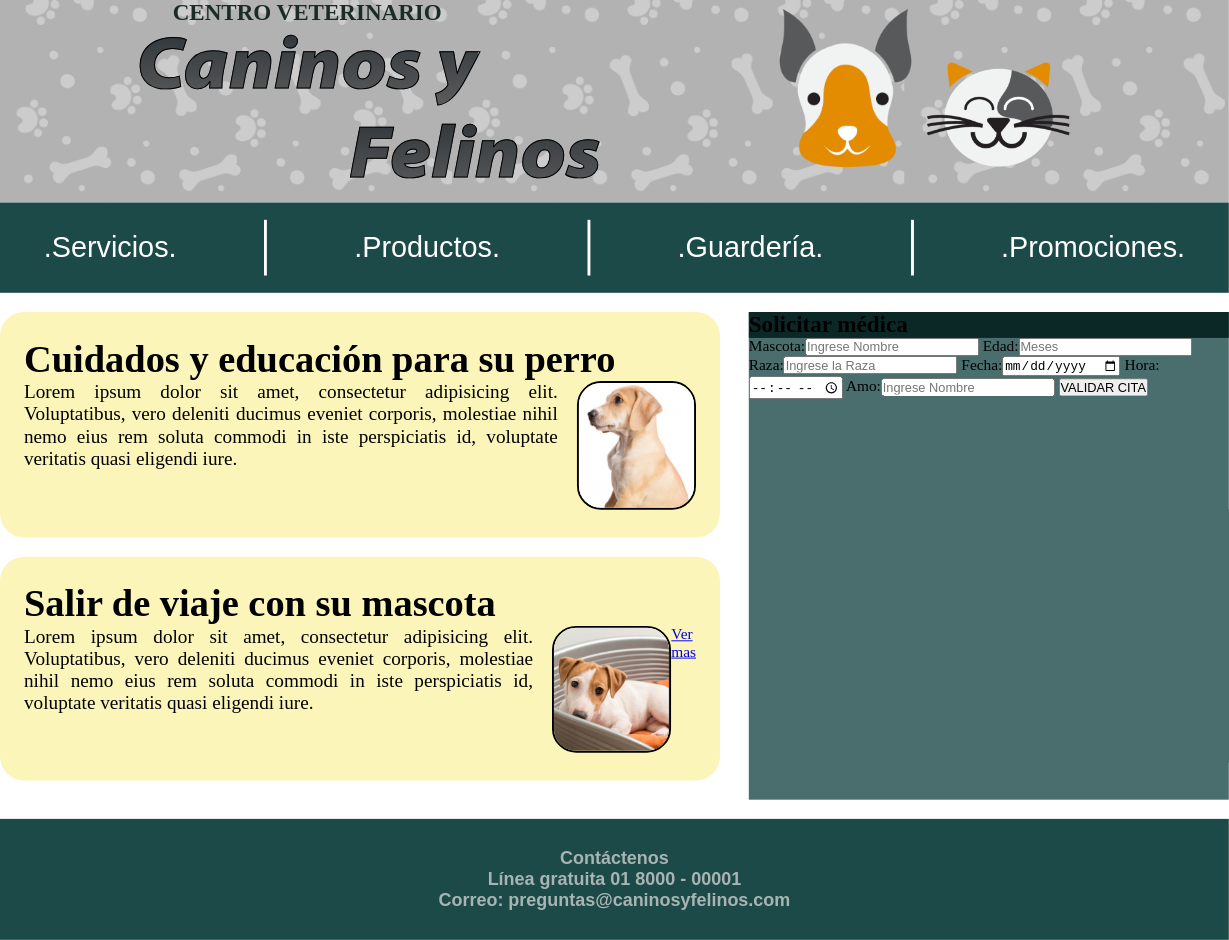
Repository: mariomr87/senaweb01
Page: principal.html
The author's editor kept a copy of each file at every save. The page is drawn from the files as they stood at one save, then again after the next save.
The browser window is 1280 px wide. The pictures show the whole page, at 96% of full size.

Above is the page before, as saved 2021-10-23 10:38:22.

After the next save:
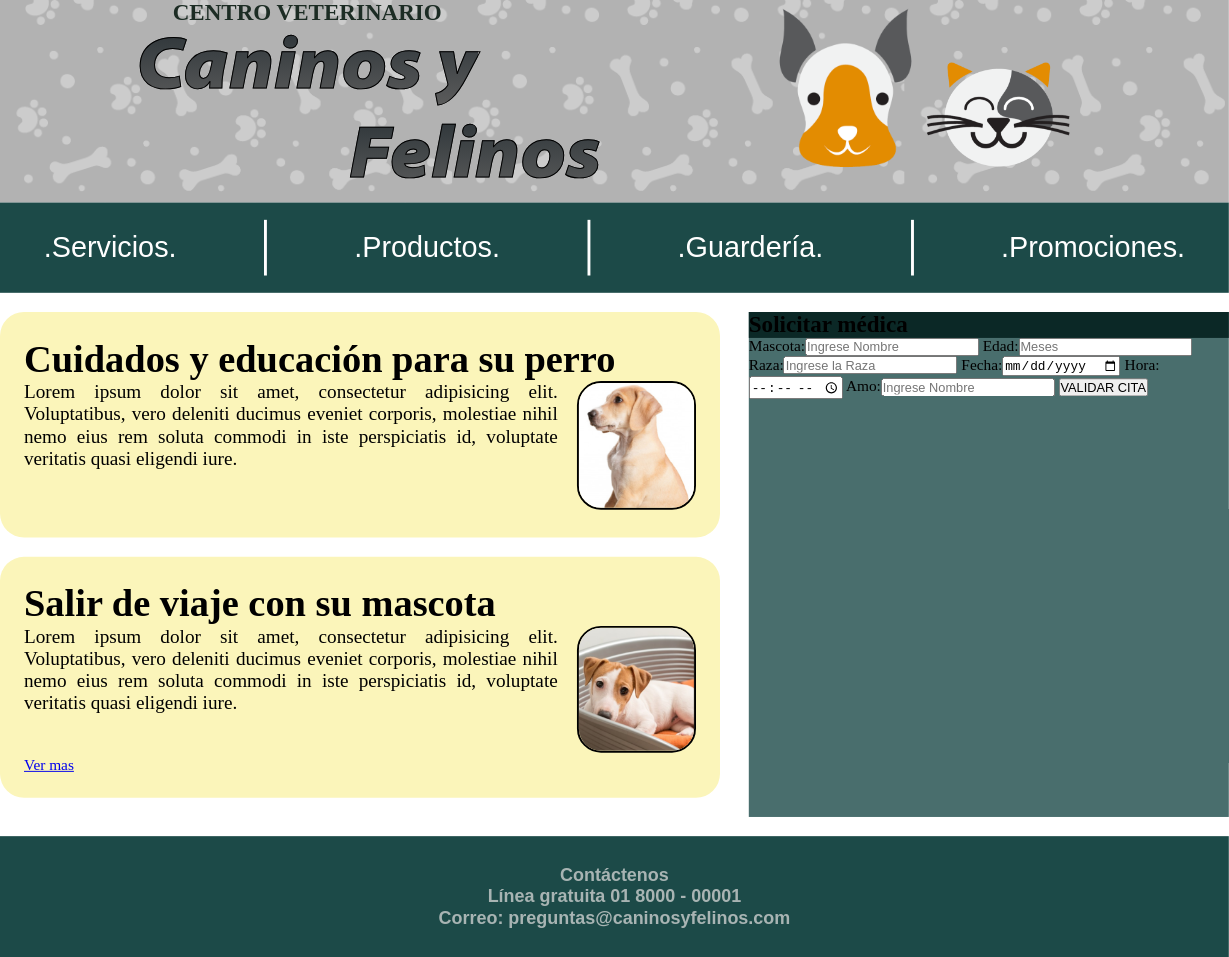
Saved 20 s later.
--- a/principal.html
+++ b/principal.html
@@ -43,8 +43,8 @@
                     <div class="centropag-texto">
                         <p>Lorem ipsum dolor sit amet, consectetur adipisicing elit. Voluptatibus, vero deleniti ducimus eveniet corporis, molestiae nihil nemo eius rem soluta commodi in iste perspiciatis id, voluptate veritatis quasi eligendi iure.</p>
                         <div><img src="./imagenes/perro2.png" alt=""></div>
-                        <a href="#">Ver mas</a>
                     </div>
+                    <a href="#">Ver mas</a>
                 </article>
             </section>
             <aside>
